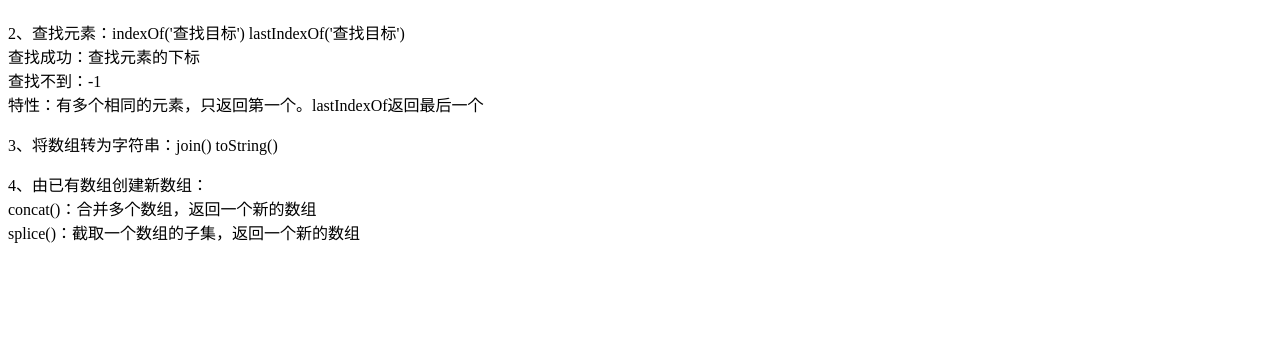
Repository: 15878162243/nodejsNote
Page: Nodejs模块.html
The author's editor kept a copy of each file at every save. The page is drawn from the files as they stood at one save, then again after the next save.
The browser window is 1280 px wide. The pictures show the whole page.

Above is the page before, as saved 2022-09-25 19:25:44.

After the next save:
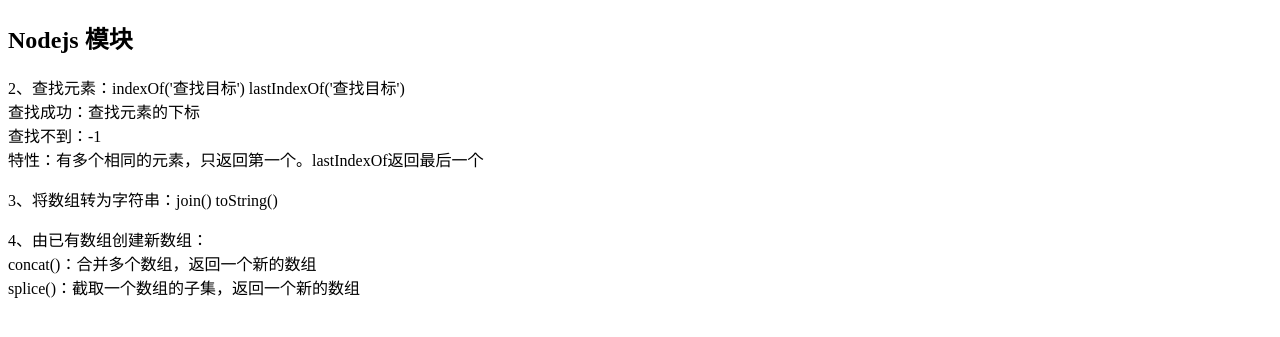
Saved 6 s later.
--- a/Nodejs模块.html
+++ b/Nodejs模块.html
@@ -6,7 +6,7 @@
 	</head>
 	<body>
 
-		<h2></h2>
+		<h2>Nodejs 模块</h2>
 		<script>
 			var nums1 = []; // 1-100
 			var nums2 = [];

After the save that followed:
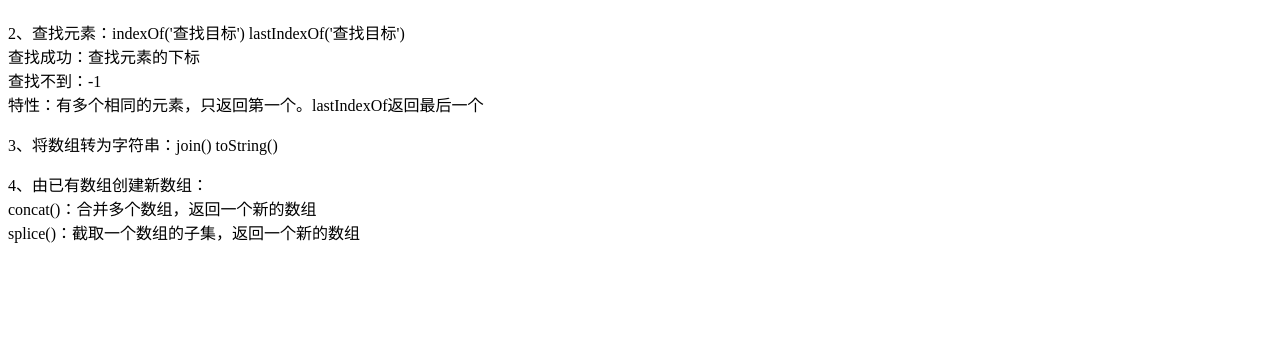
Saved 4 min 1 s later.
--- a/Nodejs模块.html
+++ b/Nodejs模块.html
@@ -6,7 +6,7 @@
 	</head>
 	<body>
 
-		<h2>Nodejs 模块</h2>
+		<h2></h2>
 		<script>
 			var nums1 = []; // 1-100
 			var nums2 = [];
